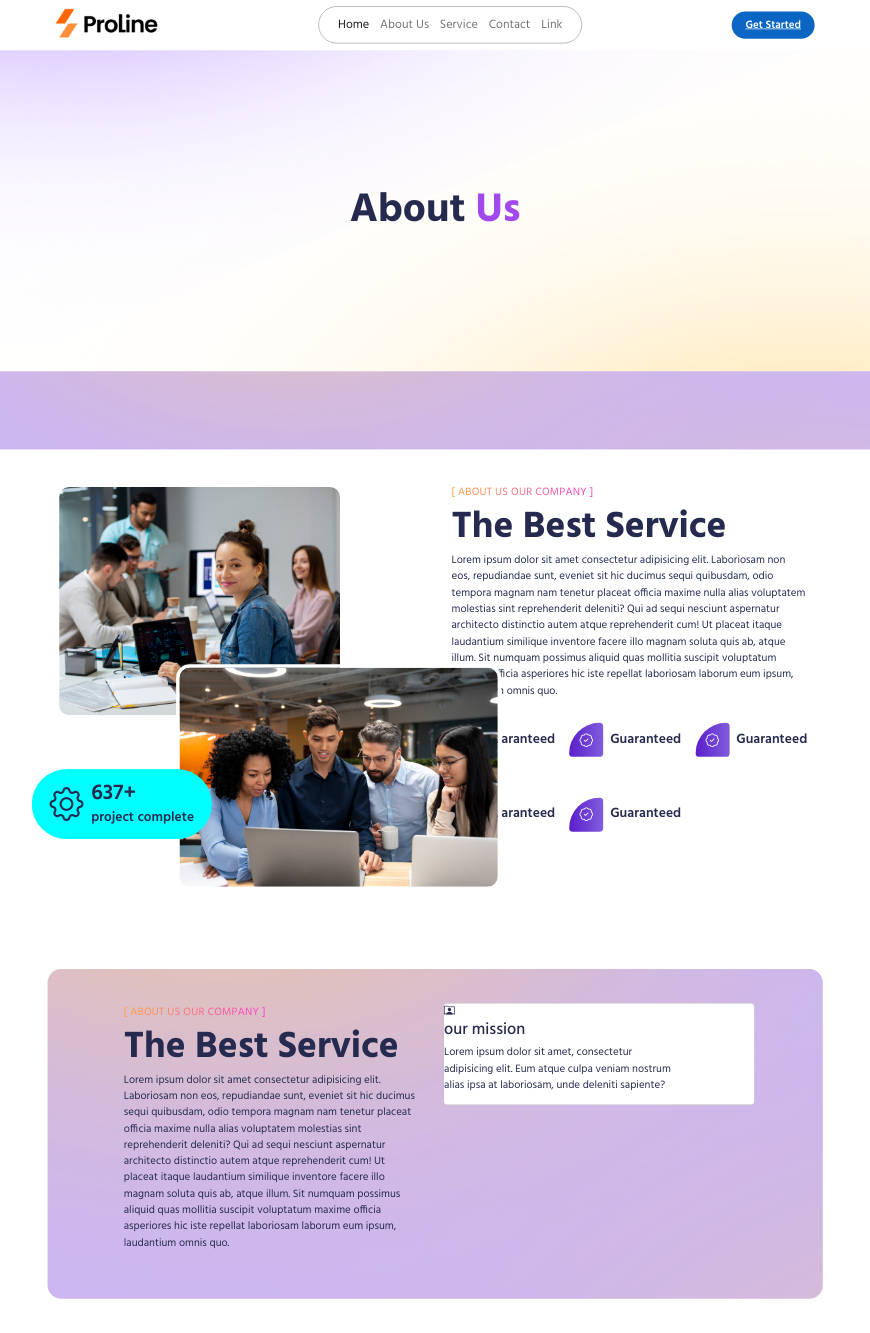
Repository: tagnam/corporate
Page: aboutus.html
The author's editor kept a copy of each file at every save. The page is drawn from the files as they stood at one save, then again after the next save.
The browser window is 1280 px wide. The pictures show the whole page, at 68% of full size.

Above is the page before, as saved 2025-02-15 12:15:30.

### aboutus.html
<!DOCTYPE html>
<html lang="en">
    <head>
        <meta charset="UTF-8" />
        <meta name="viewport" content="width=device-width, initial-scale=1.0" />
        <title>Corporate</title>
        <link href="https://cdn.jsdelivr.net/npm/bootstrap@5.2.3/dist/css/bootstrap.min.css" rel="stylesheet" integrity="sha384-rbsA2VBKQhggwzxH7pPCaAqO46MgnOM80zW1RWuH61DGLwZJEdK2Kadq2F9CUG65" crossorigin="anonymous" />
        <script src="https://cdn.jsdelivr.net/npm/bootstrap@5.2.3/dist/js/bootstrap.bundle.min.js" integrity="sha384-kenU1KFdBIe4zVF0s0G1M5b4hcpxyD9F7jL+jjXkk+Q2h455rYXK/7HAuoJl+0I4" crossorigin="anonymous"></script>
        <link rel="stylesheet" type="text/css" href="https://cdn.jsdelivr.net/npm/slick-carousel@1.8.1/slick/slick.css" />
        <link rel="stylesheet" type="text/css" href="https://cdn.jsdelivr.net/npm/slick-carousel@1.8.1/slick/slick-theme.css" />
        <link rel="stylesheet" href="style/css/animation.css" />
        <link rel="stylesheet" href="style/css/responsive.css" />
        <link rel="stylesheet" href="style/css/style.css" />
    </head>
<body>
            <!--======================================= start navigation bar  ===================================-->

            <header>
                <!-- <div class="nav-top">
                    <div class="col-lg-4"></div>
                    <div class="col-lg-4"></div>
                    <div class="col-lg-4"></div>
                </div> -->
                <nav class="navbar navbar-expand-lg ">
                    <div class="container">
                      <a class="navbar-brand" href="#"><img src="images/leads-proline-300x95.png" width="150px" alt=""></a>
                      <button class="navbar-toggler" type="button" data-bs-toggle="collapse" data-bs-target="#navbarSupportedContent" aria-controls="navbarSupportedContent" aria-expanded="false" aria-label="Toggle navigation">
                        <span class="navbar-toggler-icon"></span>
                      </button>
                      <div class="collapse navbar-collapse justify-content-between" id="navbarSupportedContent">
                        <div class="custom-nav-menu">
                            <ul class="navbar-nav custome-navbar-nav ">
                                <li class="nav-item custome-nav-item">
                                  <a class="nav-link custome-nav-link active" aria-current="page" href="/">Home</a>
                                </li>
                                <li class="nav-item custome-nav-item">
                                  <a class="nav-link custome-nav-link" href="aboutus.html">About Us</a>
                                </li>
                                <li class="nav-item custome-nav-item">
                                  <a class="nav-link custome-nav-link" href="#">Service</a>
                                </li>
                                <li class="nav-item custome-nav-item">
                                  <a class="nav-link custome-nav-link" href="#">Contact </a>
                                </li>
                                <li class="nav-item custome-nav-item">
                                  <a class="nav-link custome-nav-link" href="#">Link</a>
                                </li>
                              </ul>
                        </div>

                      </div>
                      <div >
                        <a href="" class="custom-btn"> Get Started </a>
        </div>
                    </div>
                  </nav>
            </header>

             <!--======================================= end navigation bar  ===================================-->



             <!--====================================== start about banner section ===================================-->


             <section class="innerpage-banner">
                <div class="container">
                    <div class="row">
                            <div class="col-lg-12">
                                <h2 class="inner-heading"> About <span> Us </span></h2>
                            </div>
                    </div>
                </div>
             </section>

             <!--====================================== end about banner section ===================================-->
                     <!--================================================= start client-slider  section ==========================-->
        <section class="client-slider-section">
            <div class="container-fluid" style="padding: 10px 0px;">
                <div class="row">
                    <marquee behavior="" direction="">
                        <div class="marquee" style="width: 130%; overflow: hidden;">

                              <img  src="images/leads-proline-300x95.png"   style="width: 200px;"   alt="" />
                              <img  src="images/marquee-4-icon.webp"   style="width: 75px;"   alt="" />
                              <img  src="images/leads-proline-300x95.png"   style="width: 200px;"   alt="" />
                              <img  src="images/marquee-4-icon.webp"   style="width: 75px;"   alt="" />
                              <img  src="images/leads-proline-300x95.png"   style="width: 200px;"   alt="" />
                              <img  src="images/marquee-4-icon.webp"   style="width: 75px;"   alt="" />
                              <img  src="images/leads-proline-300x95.png"   style="width: 200px;"   alt="" />
                              <img  src="images/marquee-4-icon.webp"   style="width: 75px;"   alt="" />
                              <img  src="images/leads-proline-300x95.png"   style="width: 200px;"   alt="" />
                              <img  src="images/marquee-4-icon.webp"   style="width: 75px;"   alt="" />
                              <img  src="images/leads-proline-300x95.png"   style="width: 200px;"   alt="" />
                              <img  src="images/marquee-4-icon.webp"   style="width: 75px;"   alt="" />


                        </div>
                    </marquee>
                </div>
            </div>
        </section>

        <!--================================================= end client-slider  section ==========================-->

                <!--================================================= star about section ==========================-->

                <section>
                    <div class="container">
                        <div class="row">
                            <div class="col-lg-6">
                                <div class="about-left" style="position: relative;">
                                    <figure class="about-img-container">
                                        <img class="about-img-001 A-image01" src="images/about-img-1.jpg" alt="" />
                                        <img class="about-img-001 A-image02" src="images/about-img-2.jpg" alt="" />
                                    </figure>
                                    <div class="project-counter">
                                        <div class="project-icon">
                                            <i class="bi bi-gear"></i>
                                        </div>
                                        <div class="project-number">
                                            <h2>637+</h2>
                                            <p>project complete</p>
                                        </div>
                                    </div>
                                </div>
                            </div>
                            <div class="col-lg-6">
                                <div class="container-fluid" style="margin-bottom: 20px;">
                                    <h3 class="sub-heading">[ about us our company ]</h3>
                                    <h1 class="title">The Best Service</h1>

                                    <div class="about-text">
                                        <p>
                                            Lorem ipsum dolor sit amet consectetur adipisicing elit. Laboriosam non eos, repudiandae sunt, eveniet sit hic ducimus sequi quibusdam, odio tempora magnam nam tenetur placeat officia maxime nulla alias
                                            voluptatem molestias sint reprehenderit deleniti? Qui ad sequi nesciunt aspernatur architecto distinctio autem atque reprehenderit cum! Ut placeat itaque laudantium similique inventore facere illo magnam
                                            soluta quis ab, atque illum. Sit numquam possimus aliquid quas mollitia suscipit voluptatum maxime officia asperiores hic iste repellat laboriosam laborum eum ipsum, laudantium omnis quo.
                                        </p>
                                    </div>
                                </div>
                                <div class="about-right-container">
                                    <ul class="about-list">
                                        <li class="about-list-item">
                                            <div class="col-lg-2 about-icon"><i class="bi bi-patch-check"></i></div>
                                            <div class="col-lg-10">
                                                <div class="about-list-title">Guaranteed</div>
                                            </div>
                                        </li>

                                        <li class="about-list-item">
                                            <div class="col-lg-2 about-icon"><i class="bi bi-patch-check"></i></div>
                                            <div class="col-lg-10">
                                                <div class="about-list-title">Guaranteed</div>
                                            </div>
                                        </li>
                                        <li class="about-list-item">
                                            <div class="col-lg-2 about-icon"><i class="bi bi-patch-check"></i></div>
                                            <div class="col-lg-10">
                                                <div class="about-list-title">Guaranteed</div>
                                            </div>
                                        </li>
                                        <li class="about-list-item">
                                            <div class="col-lg-2 about-icon"><i class="bi bi-patch-check"></i></div>
                                            <div class="col-lg-10">
                                                <div class="about-list-title">Guaranteed</div>
                                            </div>
                                        </li>
                                        <li class="about-list-item">
                                            <div class="col-lg-2 about-icon"><i class="bi bi-patch-check"></i></div>
                                            <div class="col-lg-10">
                                                <div class="about-list-title">Guaranteed</div>
                                            </div>
                                        </li>
                                    </ul>
                                </div>
                            </div>
                        </div>
                    </div>
                </section>
                <!--================================================= end about  section ==========================-->


            <!--==================================== start mission vission section ====================================-->

            <section class="mission-visson-section">
                <div class="container mission-vission-container">
                    <div class="row">
                        <div class="col-lg-6">
                            <div class="container-fluid" style="margin-bottom: 20px;">
                                <h3 class="sub-heading">[ about us our company ]</h3>
                                <h1 class="title">The Best Service</h1>

                                <div class="about-text">
                                    <p>
                                        Lorem ipsum dolor sit amet consectetur adipisicing elit. Laboriosam non eos, repudiandae sunt, eveniet sit hic ducimus sequi quibusdam, odio tempora magnam nam tenetur placeat officia maxime nulla alias
                                        voluptatem molestias sint reprehenderit deleniti? Qui ad sequi nesciunt aspernatur architecto distinctio autem atque reprehenderit cum! Ut placeat itaque laudantium similique inventore facere illo magnam
                                        soluta quis ab, atque illum. Sit numquam possimus aliquid quas mollitia suscipit voluptatum maxime officia asperiores hic iste repellat laboriosam laborum eum ipsum, laudantium omnis quo.
                                    </p>
                                </div>
                            </div>
                        </div>
                        <div class="col-lg-6">
                                <div class="mission-vision-card">
                                    <div class="mission-card">
                                        <div class="card">
                                            <div class="col-md-2">
                                                <div class="mission-icon">
                                                    <i class="bi bi-person-rolodex"></i>
                                                </div>
                                            </div>
                                            <div class="col-md-9">
                                                <div class="mission-content">
                                                <h4> our mission</h4>
                                                <p>Lorem ipsum dolor sit amet, consectetur adipisicing elit. Eum atque culpa veniam nostrum alias ipsa at laboriosam, unde deleniti sapiente?</p>
                                                </div>
                                            </div>
                                        </div>
                                    </div>
                                    <div class="vission-card"></div>
                                </div>
                        </div>
                    </div>
                </div>
            </section>
            <!--==================================== end mission vission section ====================================-->

</body>
</html>

### style/css/animation.css
@keyframes boxmove{
    50% {
        transform: translateX(-20%);
    }
}


@keyframes star{
    0% {
        -webkit-transform: translate(0);
        transform: translate(0);
    }
    25% {
        -webkit-transform: translate(10px, 10px);
        transform: translate(10px, 10px);
    }
    50% {
        -webkit-transform: translate(5px, 5px);
        transform: translate(5px, 5px);
    }
    75% {
        -webkit-transform: translate(10px, -5px);
        transform: translate(10px, -5px);
    }
    100% {
        -webkit-transform: translate(0);
        transform: translate(0);
    }
}

### style/css/responsive.css

@media (max-width: 576px) {

 }

/* Small devices (tablets) */
@media (min-width: 577px) and (max-width: 768px) {

}

/* Medium devices (small laptops) */
@media (min-width: 769px) and (max-width: 992px) {

 }

/* Large devices (desktops) */
@media (min-width: 993px) and (max-width: 1200px) {

}

/* Extra large devices (large desktops) */
@media (min-width: 1201px) {

 }

Loaded but not shown: style/css/style.css (606 lines, source omitted)

After the next save:
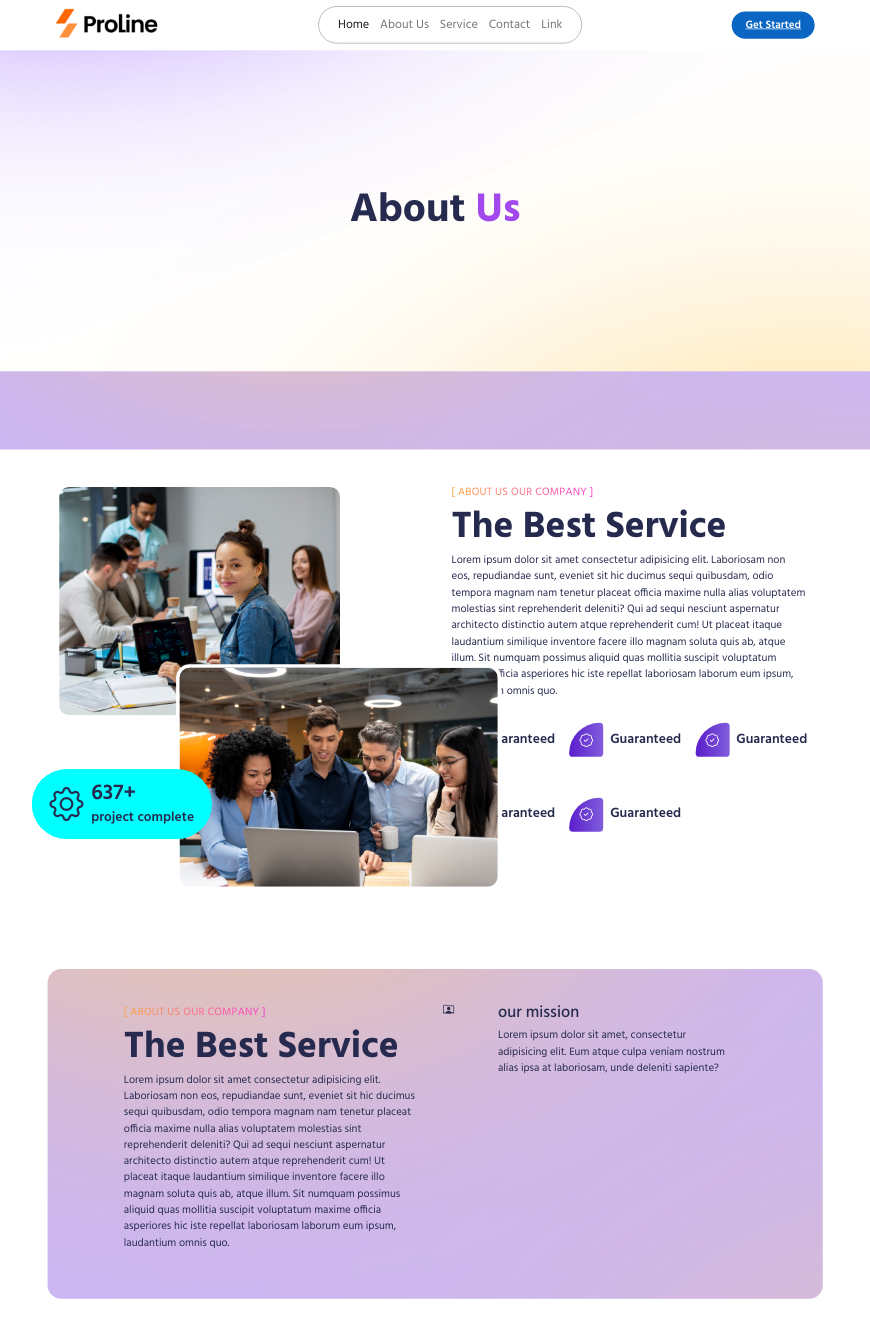
Saved 65 s later.
--- a/aboutus.html
+++ b/aboutus.html
@@ -202,7 +202,7 @@
                         <div class="col-lg-6">
                                 <div class="mission-vision-card">
                                     <div class="mission-card">
-                                        <div class="card">
+                                        <div class="row">
                                             <div class="col-md-2">
                                                 <div class="mission-icon">
                                                     <i class="bi bi-person-rolodex"></i>
